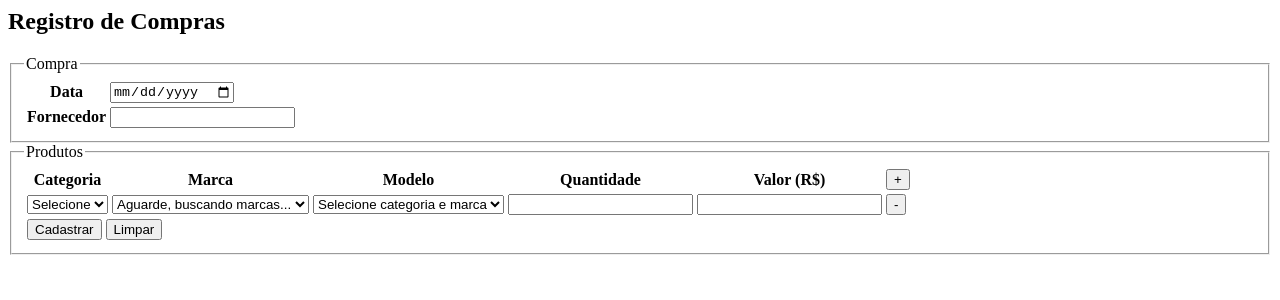
Repository: PedroViniciusVeiga/ProjetoColdigo
Page: ProjetoTrilhaWeb/WebContent/pages/admin/purchasing/index.html
The author's editor kept a copy of each file at every save. The page is drawn from the files as they stood at one save, then again after the next save.
The browser window is 1280 px wide. The pictures show the whole page.

Above is the page before, as saved 2022-04-28 00:54:28.
Console error: SyntaxError: missing ) after argument list

After the next save:
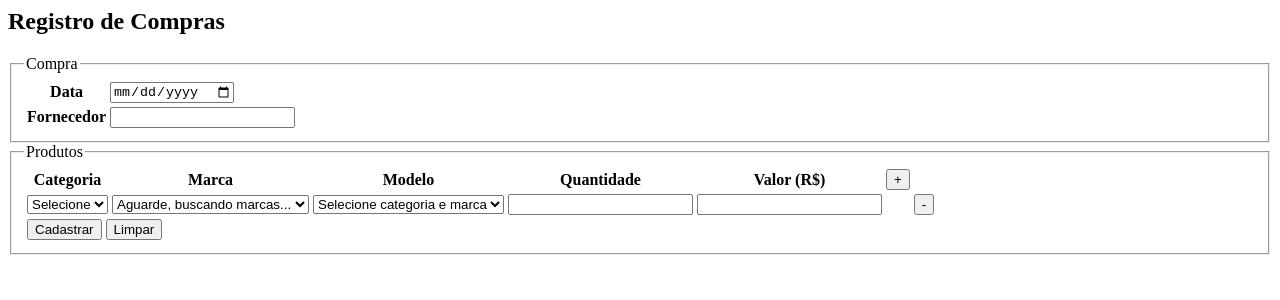
Saved 2 min 25 s later.
--- a/ProjetoTrilhaWeb/WebContent/pages/admin/purchasing/index.html
+++ b/ProjetoTrilhaWeb/WebContent/pages/admin/purchasing/index.html
@@ -52,7 +52,7 @@
 			<input type="text" name="txtValor[]" class="campoPequeno">
 			</td>
 				<td>
-			<button type="button" name="removeProduto" class="botaoRemove" >-</button>
+			<th><button type="button" name="removeProduto" class="botaoRemove" >-</button><th>
 			</td>
 			</tr>
 			<tr>

After the save that followed:
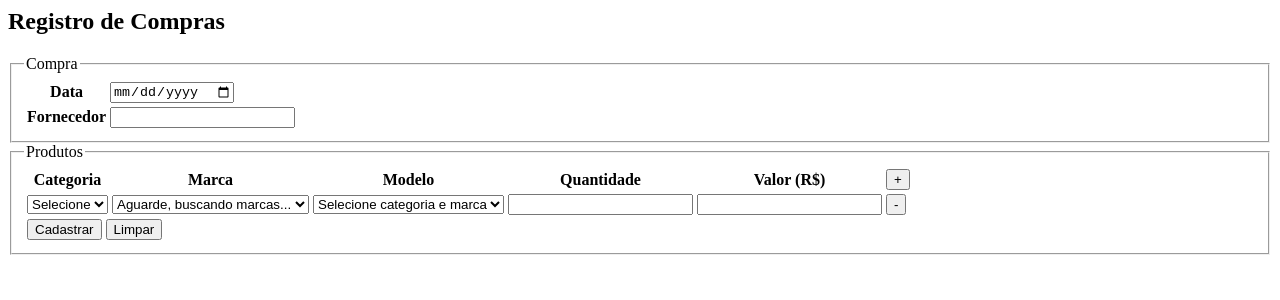
Saved 60 s later.
--- a/ProjetoTrilhaWeb/WebContent/pages/admin/purchasing/index.html
+++ b/ProjetoTrilhaWeb/WebContent/pages/admin/purchasing/index.html
@@ -52,7 +52,7 @@
 			<input type="text" name="txtValor[]" class="campoPequeno">
 			</td>
 				<td>
-			<th><button type="button" name="removeProduto" class="botaoRemove" >-</button><th>
+			<button type="button" name="removeProduto" class="botaoRemove" >-</button>
 			</td>
 			</tr>
 			<tr>
